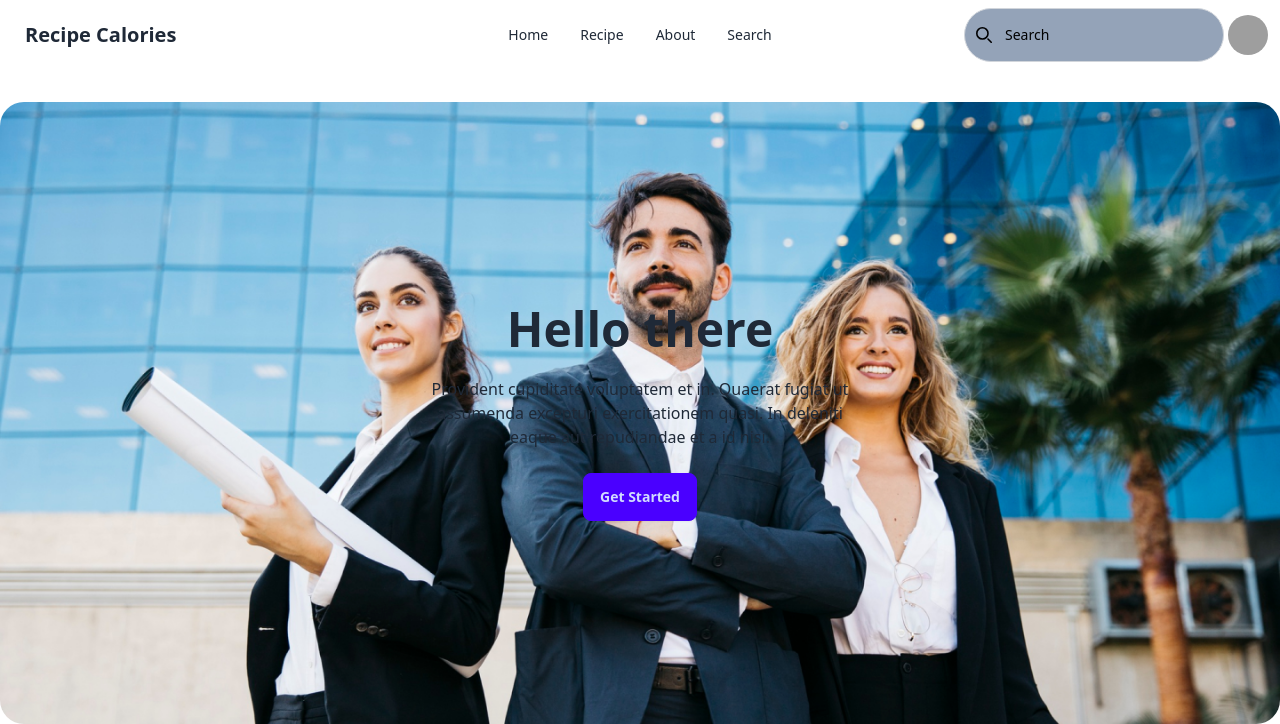
Repository: RudrasahaDibos/Chefs-table
Page: /
The author's editor kept a copy of each file at every save. The page is drawn from the files as they stood at one save, then again after the next save.
The browser window is 1280 px wide. The pictures show the whole page.
Pictures or frames that could not be fetched are drawn as grey boxes. The project was rebuilt for these pictures with package versions that can differ from the ones it lists, and the page was loaded fresh each time. Also part of the build but not shown: vite.config.js, src/App.css.

Above is the page before, as saved 2024-12-19 09:46:23.

After the next save:
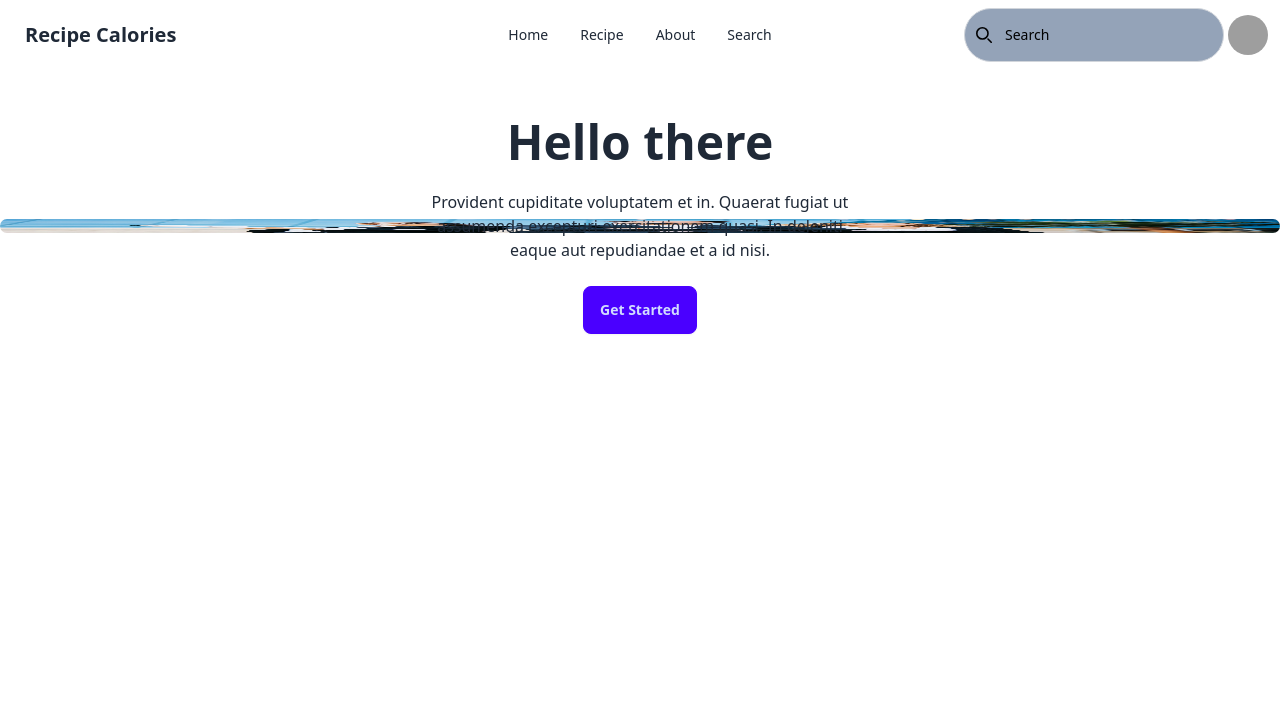
Saved 9 s later.
--- a/src/Component/Banner/Banner.jsx
+++ b/src/Component/Banner/Banner.jsx
@@ -4,7 +4,7 @@
     return (
         <div className='max-w-7xl mx-auto mt-8'>
             <div className="hero ">
-     <img src={img} alt="" className='h- w-full rounded-3xl' />
+     <img src={img} alt="" className='h-3.5 w-full rounded-3xl' />
   <div className="hero-content text-center">
     <div className="max-w-md">
       <h1 className="text-5xl font-bold">Hello there</h1>

After the save that followed:
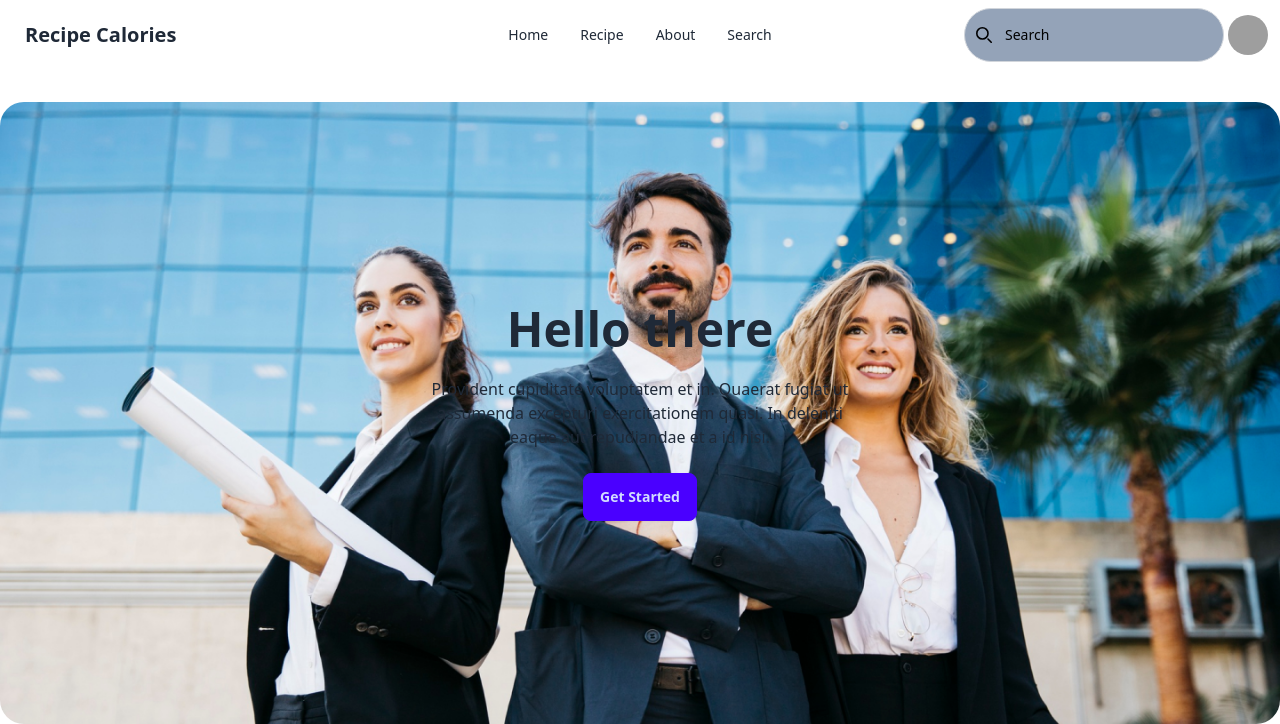
Saved 7 s later.
--- a/src/Component/Banner/Banner.jsx
+++ b/src/Component/Banner/Banner.jsx
@@ -4,7 +4,7 @@
     return (
         <div className='max-w-7xl mx-auto mt-8'>
             <div className="hero ">
-     <img src={img} alt="" className='h-3.5 w-full rounded-3xl' />
+     <img src={img} alt="" className='h- w-full rounded-3xl' />
   <div className="hero-content text-center">
     <div className="max-w-md">
       <h1 className="text-5xl font-bold">Hello there</h1>
